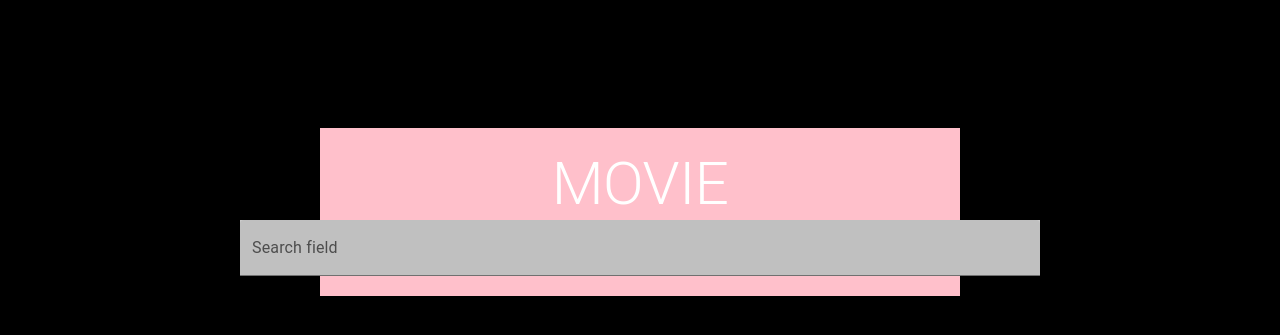
Repository: songjiwon17/movie
Page: /
These files come from the project's save history. The page is drawn as it stood at one moment and after the next save; the edit follows.
The browser window is 1280 px wide. The pictures show the whole page.
The project was rebuilt for these pictures with package versions that can differ from the ones it lists, and the page was loaded fresh each time. Also part of the build but not shown: src/component/Login.js.

Above is the page before, as saved 2024-01-04 21:53:19.

After the next save:
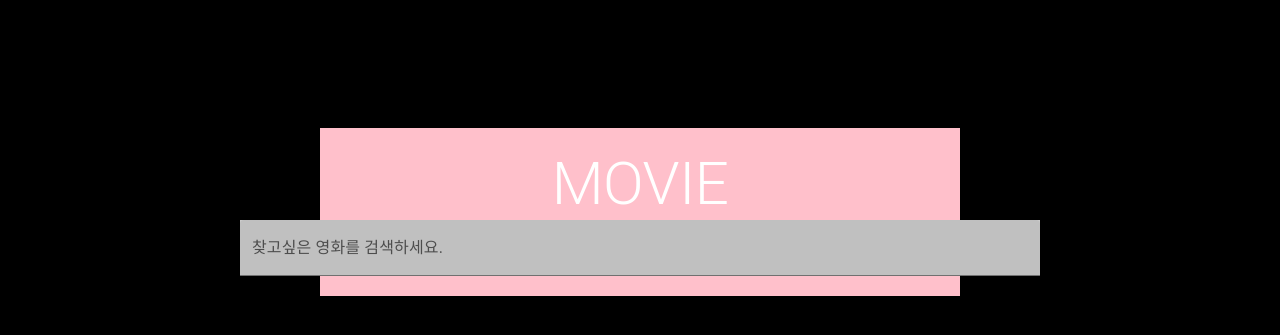
Saved 22 s later.
--- a/src/component/SearchForm.js
+++ b/src/component/SearchForm.js
@@ -10,10 +10,9 @@ function SearchForm(){
 
         }}
           id="filled-search"
-          label="Search field"
+          label="찾고싶은 영화를 검색하세요."
           type="search"
           variant="filled"
-          placeholder='찾고싶은 영화를 검색하세요.'
         />
         </>
     )
